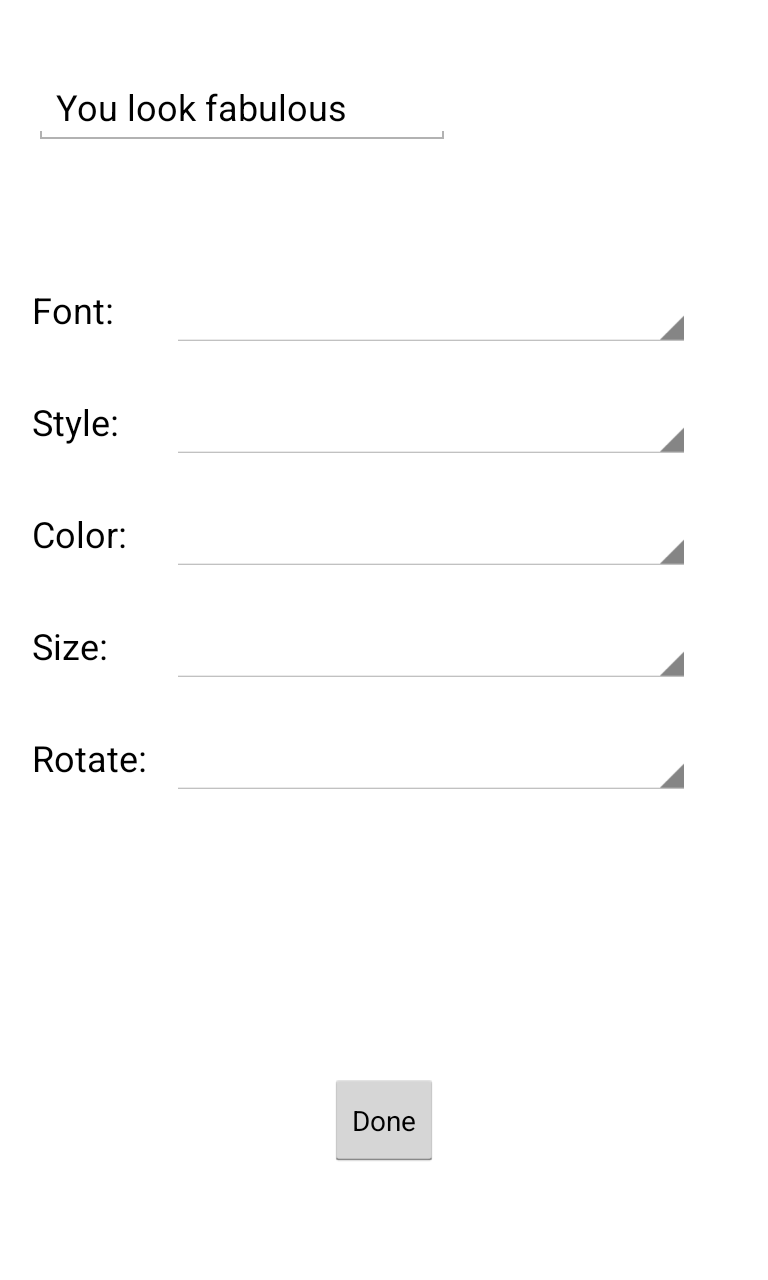
Repository: rtyanas/MyPics
Layout: workspace/MyPic/res/layout/activity_settings.xml
The author's editor kept a copy of each file at every save. The layout is drawn from the files as they stood at one save, then again after the next save.
It is drawn on a 768 x 1280 px phone screen (xhdpi) without system bars, with theme AppTheme; the app's code is not run.

Above is the layout before, as saved 2013-12-17 19:59:26.

After the next save:
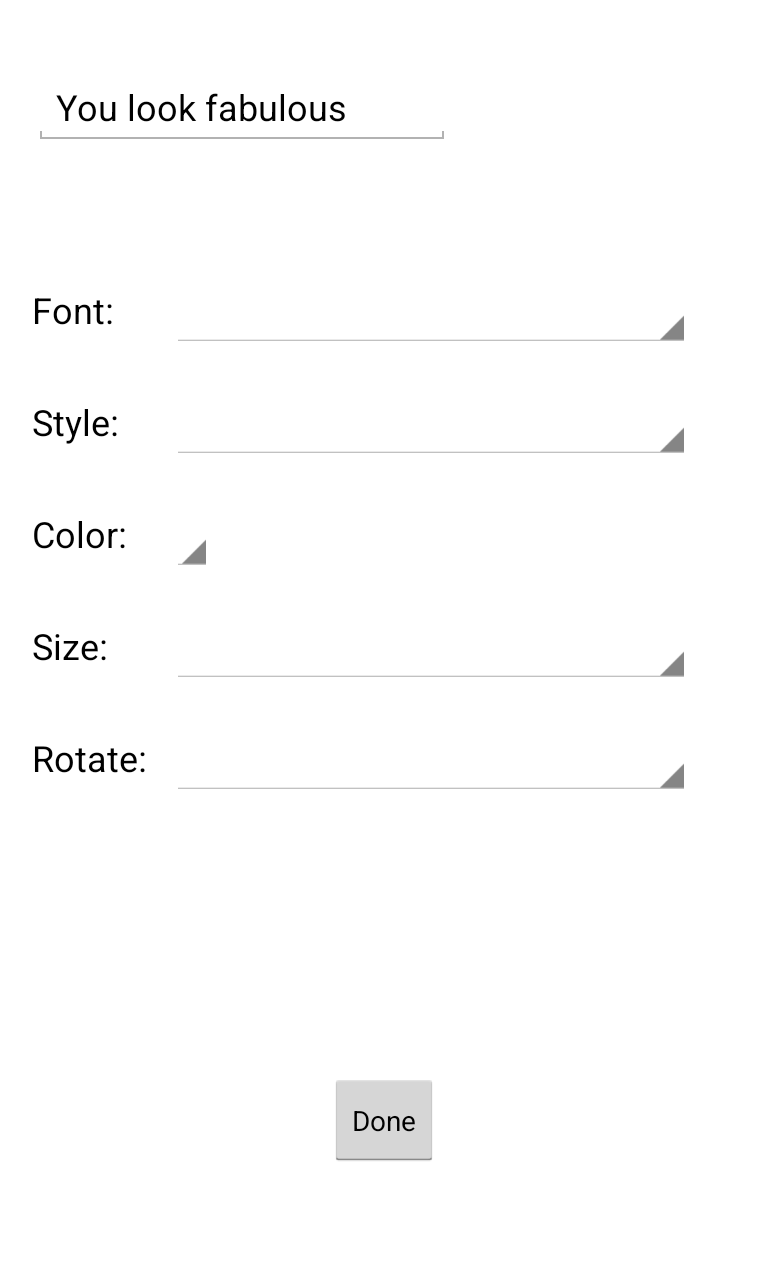
Saved 104 s later.
--- a/workspace/MyPic/res/layout/activity_settings.xml
+++ b/workspace/MyPic/res/layout/activity_settings.xml
@@ -88,7 +88,7 @@
 
         <Spinner
             android:id="@+id/color"
-            android:layout_width="261dp"
+            android:layout_width="0dip"
             android:layout_height="wrap_content"
             android:layout_weight="1" />
     </LinearLayout>
